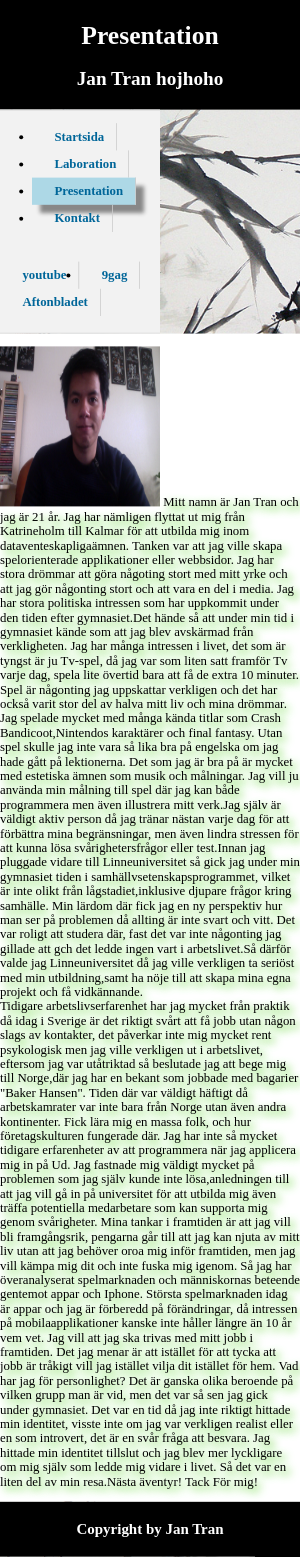
Repository: jt222ic/1ik415-jt222ic-lab-1
Page: pages/presentation.html
The author's editor kept a record of every edit. The page is drawn from the files as they stood at one moment, then again after the next edit.
The browser window is 375 px wide. The pictures show the whole page, at 80% of full size.

Above is the page before.

After the next edit:
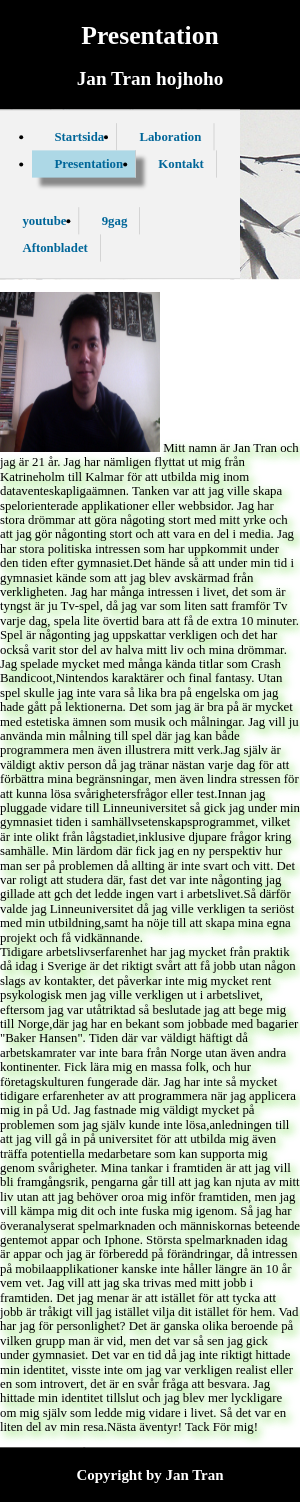
The edit:
--- a/pages/Csss/mobile.css
+++ b/pages/Csss/mobile.css
@@ -5,7 +5,7 @@
 #content { max-width:100%;}
 
 #nav {
-    width: 200px
+    width: 300px
 
 }
 

After the 2 edits that followed:
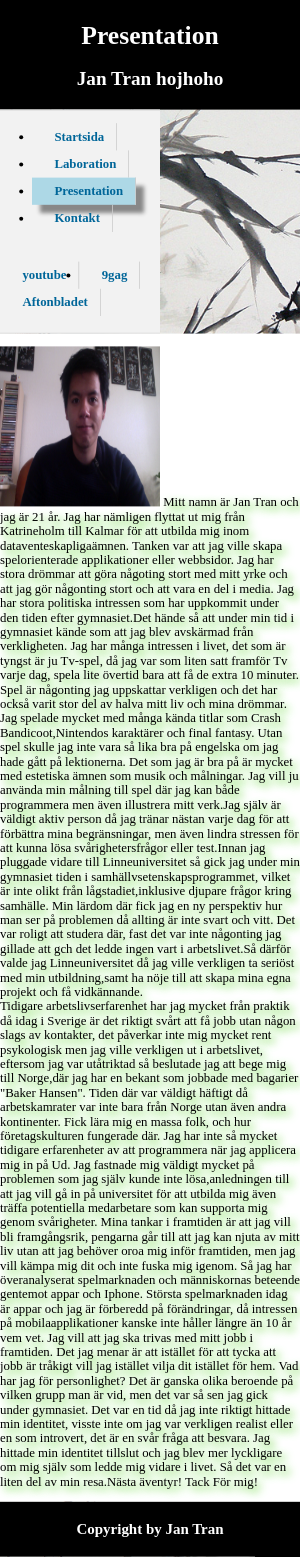
The 2 edits are shown as one change because 1 left the picture as it was.
The edit:
--- a/pages/Csss/mobile.css
+++ b/pages/Csss/mobile.css
@@ -5,7 +5,7 @@
 #content { max-width:100%;}
 
 #nav {
-    width: 300px
+    width: 200px
 
 }
 
@@ -15,7 +15,7 @@
 }
 .rightbar{display:block;
     float:left;
-    padding: 5px;
+    padding: 5px 10px;
     padding-left:0;
 }
 video, img {max-width:100%;}
